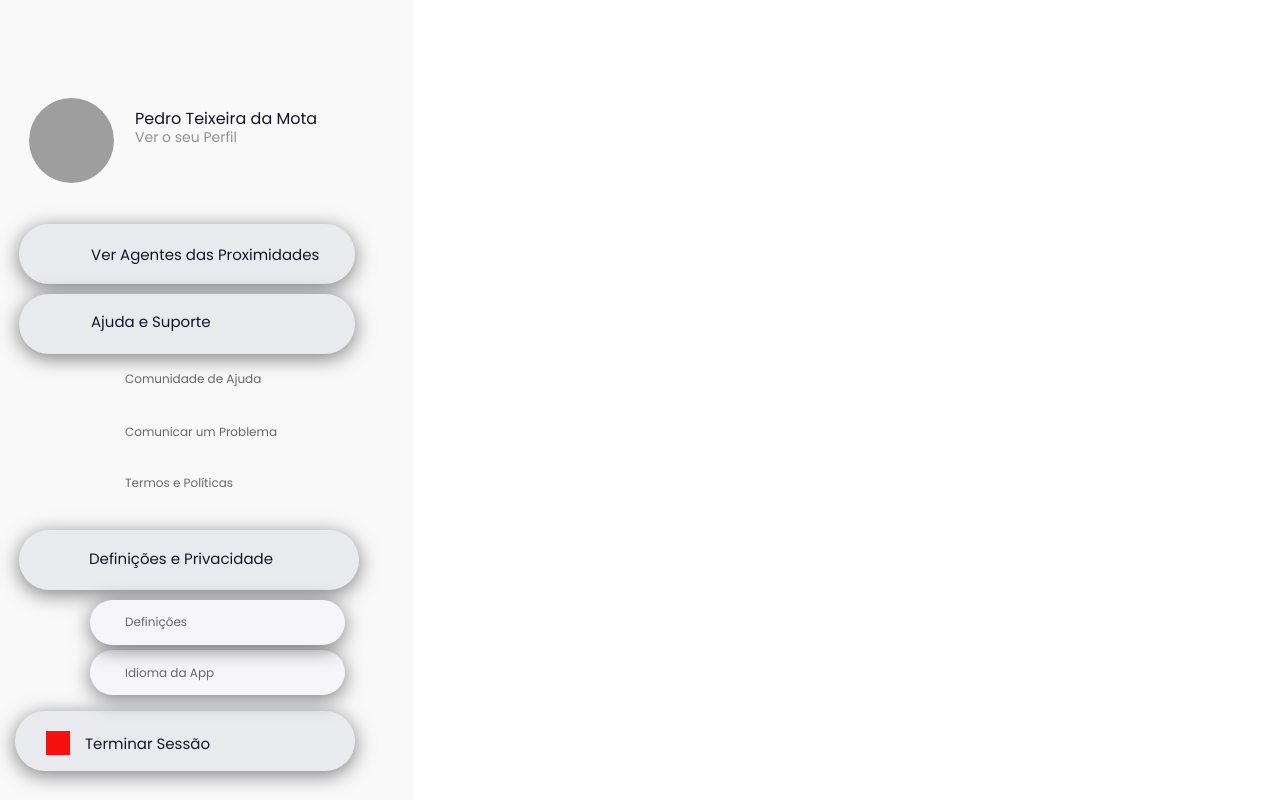
Repository: UnivMinho/D12_frontend
Page: Responsável no Terreno/Front-Office/Menu.html
The author's editor kept a record of every edit. The page is drawn from the files as they stood at one moment, then again after the next edit.
The browser window is 1280 px wide. The pictures show the whole page.
Pictures or frames that could not be fetched are drawn as grey boxes.

Above is the page before.

After the next edit:
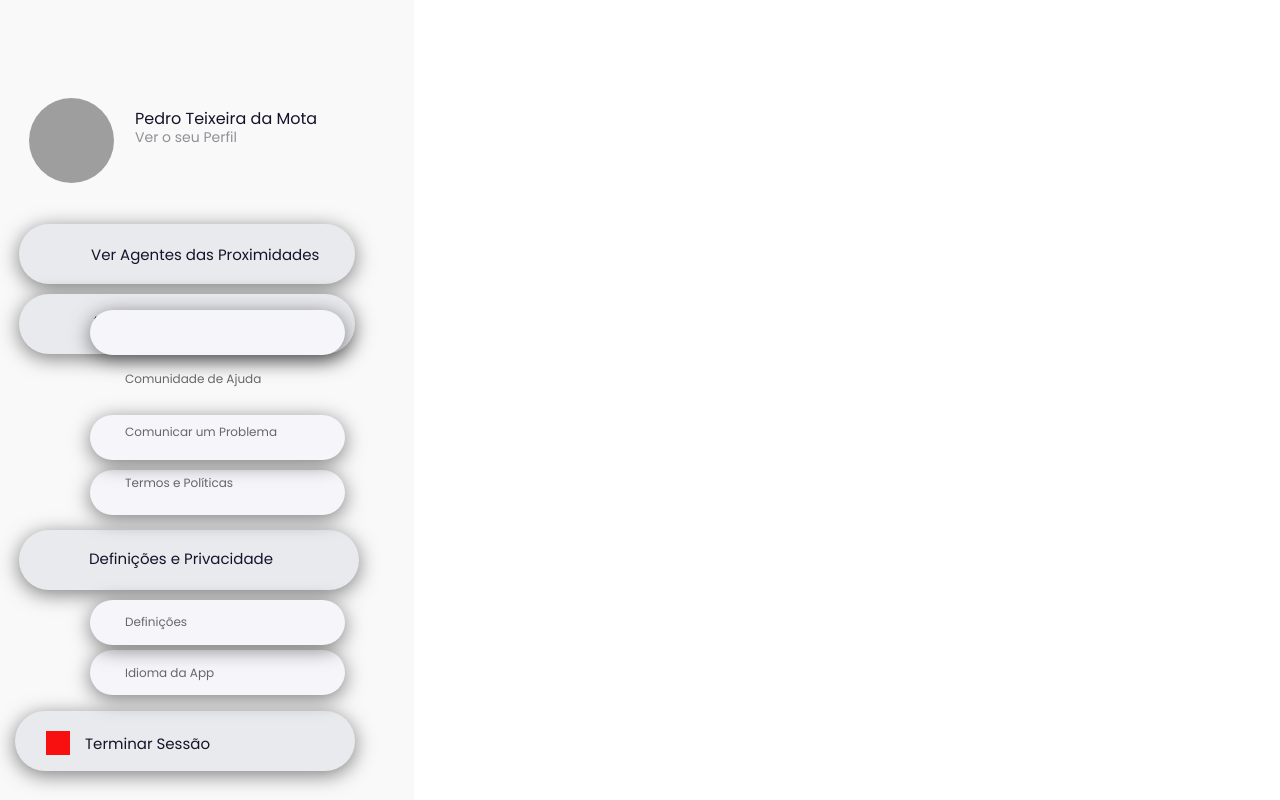
The edit:
--- a/Responsável no Terreno/Front-Office/Menu.html
+++ b/Responsável no Terreno/Front-Office/Menu.html
@@ -49,11 +49,10 @@
 
         <button class="caixaTextoIdioma"></button><span class="textoIdiomaApp">Idioma da App</span>
         <div class="name"></div>
-        <button class="caixaDefinicoes"></button>
-        <div class="name"></div><span class="textoDefinicoes">Definições</span>
-        <div class="name"></div><span class="textoTermosPoliticas">Termos e Políticas</span>
-        <div class="name"></div><span class="textoComunicarProblema">Comunicar um Problema</span>
-        <div class="name"></div><span class="textoComunidadeAjuda">Comunidade de Ajuda</span>
+        <button class="caixaDefinicoes"></button><span class="textoDefinicoes">Definições</span>
+        <button class="caixaTextoTermos"></button><span class="textoTermosPoliticas">Termos e Políticas</span>
+        <button class="caixaTextoComProb"></button><span class="textoComunicarProblema">Comunicar um Problema</span>
+        <button class="caixaTextoComAjuda"></button><span class="textoComunidadeAjuda">Comunidade de Ajuda</span>
         <div class="name"></div>
     </div>
 </body>
